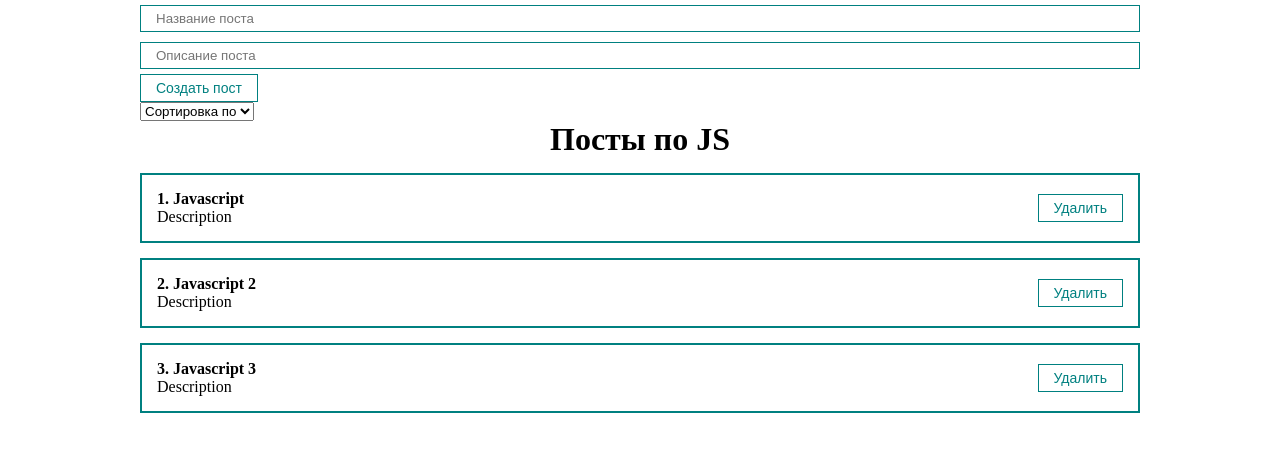
Repository: otvertka/ulb
Page: /
The author's editor kept a copy of each file at every save. The page is drawn from the files as they stood at one save, then again after the next save.
The browser window is 1280 px wide. The pictures show the whole page.
The project was rebuilt for these pictures with package versions that can differ from the ones it lists, and the page was loaded fresh each time. Also part of the build but not shown: src/components/Counter.jsx, src/components/ClassCounter.jsx.

Above is the page before, as saved 2023-06-12 11:41:43.

After the next save:
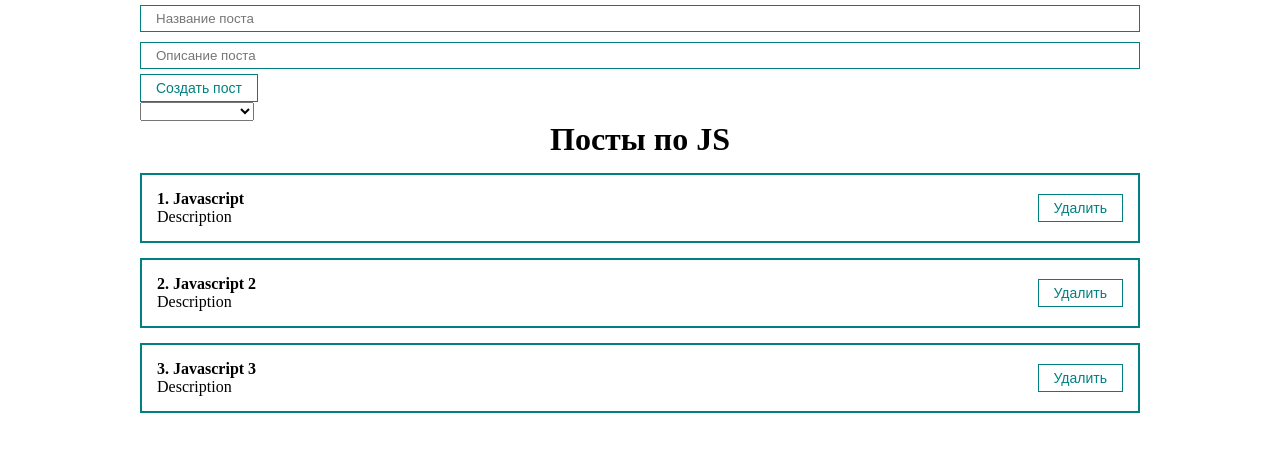
Saved 28 s later.
--- a/src/components/UI/select/MySelect.jsx
+++ b/src/components/UI/select/MySelect.jsx
@@ -4,7 +4,9 @@ const MySelect = ({ options, defaultValue }) => {
   return (
     //
     <select>
-      <option value="">{defaultValue}</option>
+      <option disabled value="">
+        {defaultValue}
+      </option>
       {options.map((option) => (
         <option value={option.value}>{option.name}</option>
       ))}
